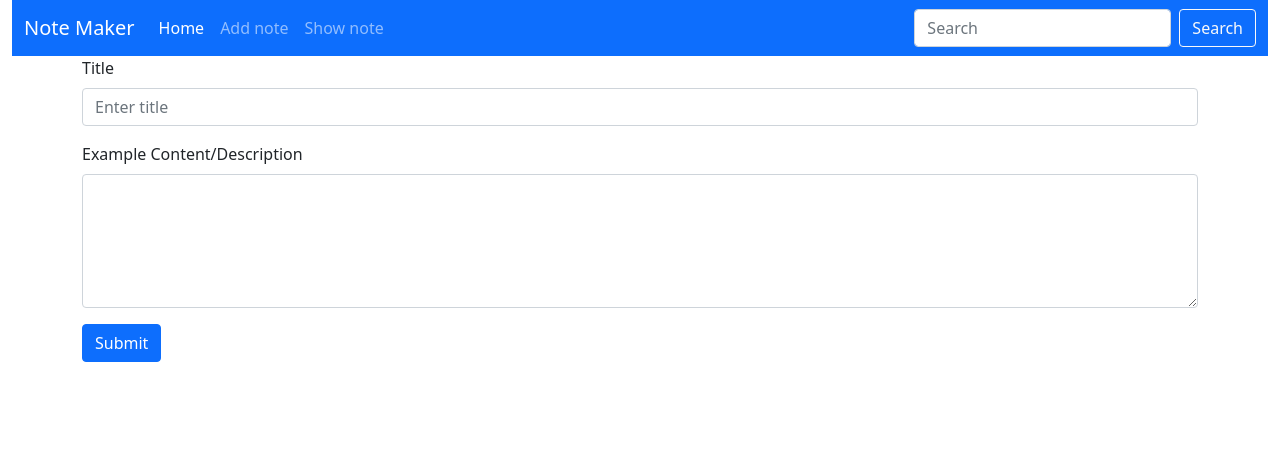
Repository: sachin1830/hibernateproject
Page: http://localhost/com.todolist/add_note.jsp
These files come from the project's save history. The page is drawn as it stood at one moment and after the next save; the edit follows.
The browser window is 1280 px wide. The pictures show the whole page.
Some web libraries are served in a nearby version. The page is served by Tomcat 9. Other server files are loaded and not shown.

Above is the page before, as saved 2021-01-22 04:22:50.

### com.todolist/src/main/webapp/add_note.jsp
<%@ page language="java" contentType="text/html; charset=ISO-8859-1"
	pageEncoding="ISO-8859-1"%>
<!DOCTYPE html>
<html>
<head>
<!-- Required meta tags -->
<meta charset="utf-8">
<meta name="viewport" content="width=device-width, initial-scale=1">

<!-- Bootstrap CSS -->
<link
	href="https://cdn.jsdelivr.net/npm/bootstrap@5.0.0-beta1/dist/css/bootstrap.min.css"
	rel="stylesheet"
	integrity="sha384-giJF6kkoqNQ00vy+HMDP7azOuL0xtbfIcaT9wjKHr8RbDVddVHyTfAAsrekwKmP1"
	crossorigin="anonymous">

<title>Add note</title>
</head>
<body>
	<div class="container-fluid">
		<%@include file="navbar.jsp"%>

	</div>
	<div class="container">
		<form>
			<div class="mb-3">
				<label for="title" class="form-label">Title</label> <input
					type="text" class="form-control" id="title"
					placeholder="Enter title">

			</div>
			<div class="mb-3">
				<label for="exampleFormControlTextarea1" class="form-label">Example
					Content/Description</label>
				<textarea class="form-control" id="exampleFormControlTextarea1"
					rows="5"></textarea>
			</div>
			<button type="submit" class="btn btn-primary">Submit</button>
		</form>

	</div>

	<script
		src="https://cdn.jsdelivr.net/npm/bootstrap@5.0.0-beta1/dist/js/bootstrap.bundle.min.js"
		integrity="sha384-ygbV9kiqUc6oa4msXn9868pTtWMgiQaeYH7/t7LECLbyPA2x65Kgf80OJFdroafW"
		crossorigin="anonymous"></script>
	<script
		src="https://cdn.jsdelivr.net/npm/@popperjs/core@2.5.4/dist/umd/popper.min.js"
		integrity="sha384-q2kxQ16AaE6UbzuKqyBE9/u/KzioAlnx2maXQHiDX9d4/zp8Ok3f+M7DPm+Ib6IU"
		crossorigin="anonymous"></script>
	<script
		src="https://cdn.jsdelivr.net/npm/bootstrap@5.0.0-beta1/dist/js/bootstrap.min.js"
		integrity="sha384-pQQkAEnwaBkjpqZ8RU1fF1AKtTcHJwFl3pblpTlHXybJjHpMYo79HY3hIi4NKxyj"
		crossorigin="anonymous"></script>

</body>
</html>

### com.todolist/src/main/webapp/navbar.jsp
<nav class="navbar navbar-expand-lg navbar-dark bg-primary">
  <div class="container-fluid">
    <a class="navbar-brand" href="index.jsp">Note Maker</a>
    <button class="navbar-toggler" type="button" data-bs-toggle="collapse" data-bs-target="#navbarSupportedContent" aria-controls="navbarSupportedContent" aria-expanded="false" aria-label="Toggle navigation">
      <span class="navbar-toggler-icon"></span>
    </button>
    <div class="collapse navbar-collapse" id="navbarSupportedContent">
      <ul class="navbar-nav me-auto mb-2 mb-lg-0">

        <li class="nav-item">
          <a class="nav-link active" aria-current="page" href="index.jsp">Home</a>
        </li>
        <li class="nav-item">
          <a class="nav-link" href="add_note.jsp">Add note </a>
        </li>
         <li class="nav-item">
          <a class="nav-link" href="#">Show note </a>
        </li>

      </ul>
      <form class="d-flex">
        <input class="form-control me-2" type="search" placeholder="Search" aria-label="Search">
        <button class="btn btn-outline-light" type="submit">Search</button>
      </form>
    </div>
  </div>
</nav>

After the next save:
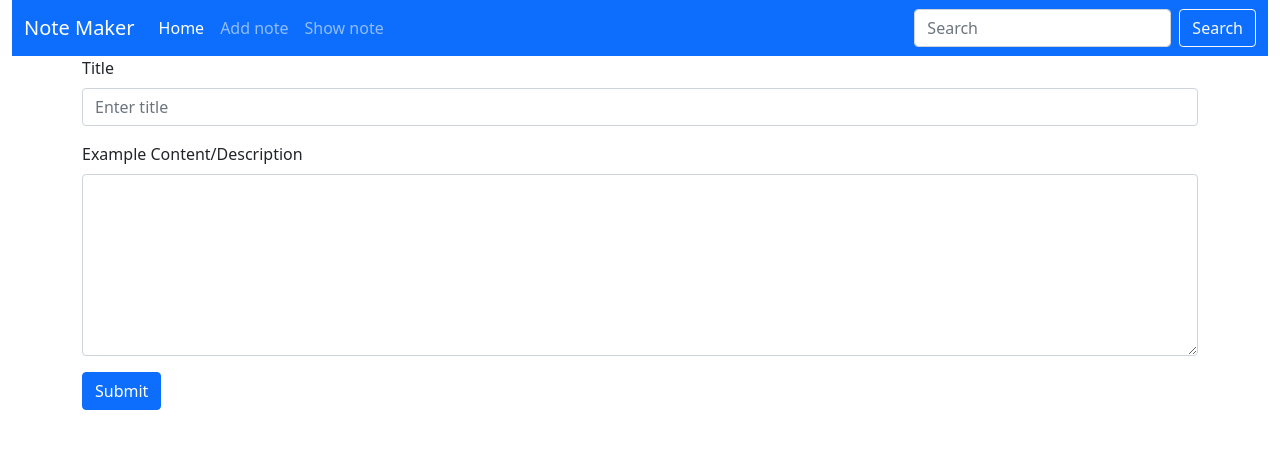
Saved 11 s later.
--- a/com.todolist/src/main/webapp/add_note.jsp
+++ b/com.todolist/src/main/webapp/add_note.jsp
@@ -33,7 +33,7 @@
 				<label for="exampleFormControlTextarea1" class="form-label">Example
 					Content/Description</label>
 				<textarea class="form-control" id="exampleFormControlTextarea1"
-					rows="5"></textarea>
+					rows="7"></textarea>
 			</div>
 			<button type="submit" class="btn btn-primary">Submit</button>
 		</form>
